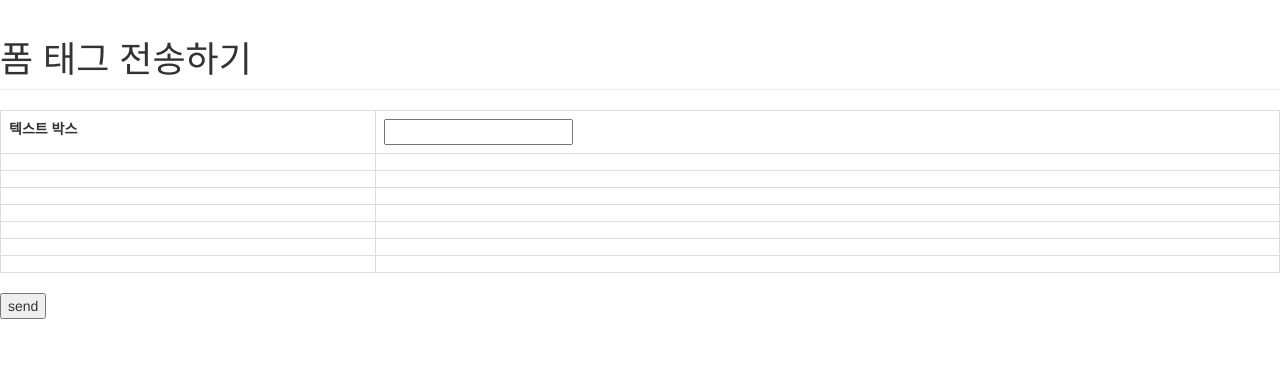
Repository: Hwang-97/HhwDesktop
Page: http://localhost/jspTest/ex04.jsp
An editor plug-in stored every save of this project. The page is shown before and after the next save, followed by the edit.
The browser window is 1280 px wide. The pictures show the whole page.
The page is served by Tomcat 9.

Above is the page before, as saved 2022-01-06 05:06:00.

### server/jspTest/src/main/webapp/ex04.jsp
<%@ page language="java" contentType="text/html; charset=UTF-8"
    pageEncoding="UTF-8"%>

<!DOCTYPE html>
<html>
<head>
<meta charset="UTF-8">
<title>Insert title here</title>
</head>
<%@include file="/inc/asset.jsp" %>
<style>
</style>
<body>
	<div>

		<h1 class =  "page-header" >폼 태그 전송하기</h1>
		<form action="/jsp/ex04ok.jsp" method="post">
			<table class="table table-bordered">
				<tr>
					<th>텍스트 박스</th>
					<td><input type="text" name="txt1"></td>
				</tr>
				<tr>
					<th></th>
					<td></td>
				</tr>
				<tr>
					<th></th>
					<td></td>
				</tr>
				<tr>
					<th></th>
					<td></td>
				</tr>
				<tr>
					<th></th>
					<td></td>
				</tr>
				<tr>
					<th></th>
					<td></td>
				</tr>
				<tr>
					<th></th>
					<td></td>
				</tr>
				<tr>
					<th></th>
					<td></td>
				</tr>
			</table>
			<input type="submit" value="send">
		</form>
	</div>
</body>
</html>

### server/jspTest/src/main/webapp/inc/asset.jsp
<%@ page language="java" contentType="text/html; charset=UTF-8"
    pageEncoding="UTF-8"%>

<link rel="stylesheet" href="/jsp/asset/css/bootstrap.css">

<script src="/jsp/asset/js/jquery-1.12.4.js"></script>
<script src="/jsp/asset/js/bootstrap.js"></script>

Loaded but not shown: server/jspTest/src/main/webapp/asset/css/bootstrap.css (library); server/jspTest/src/main/webapp/asset/js/jquery-1.12.4.js (library); server/jspTest/src/main/webapp/asset/js/bootstrap.js (library)

After the next save:
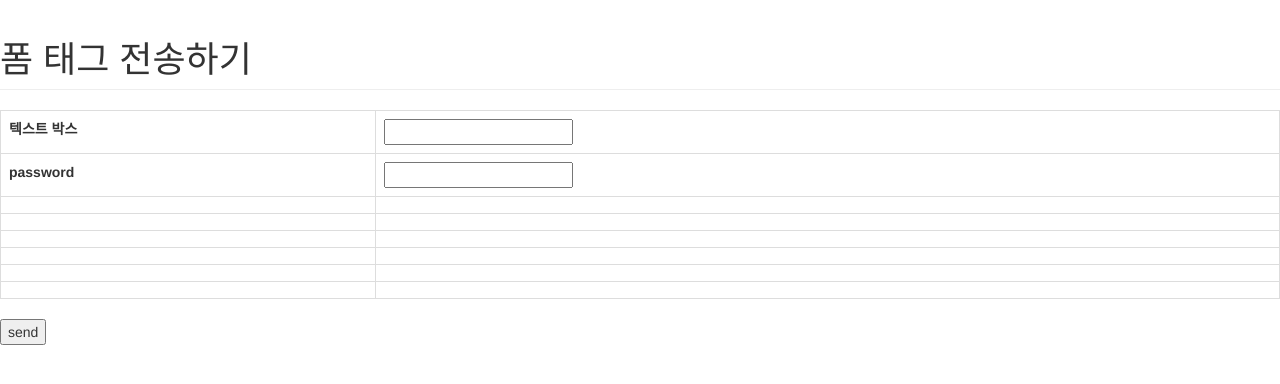
Saved 95 s later.
--- a/server/jspTest/src/main/webapp/ex04.jsp
+++ b/server/jspTest/src/main/webapp/ex04.jsp
@@ -21,8 +21,8 @@
 					<td><input type="text" name="txt1"></td>
 				</tr>
 				<tr>
-					<th></th>
-					<td></td>
+					<th>password</th>
+					<td><input type="password" name = "pass"></td>
 				</tr>
 				<tr>
 					<th></th>
